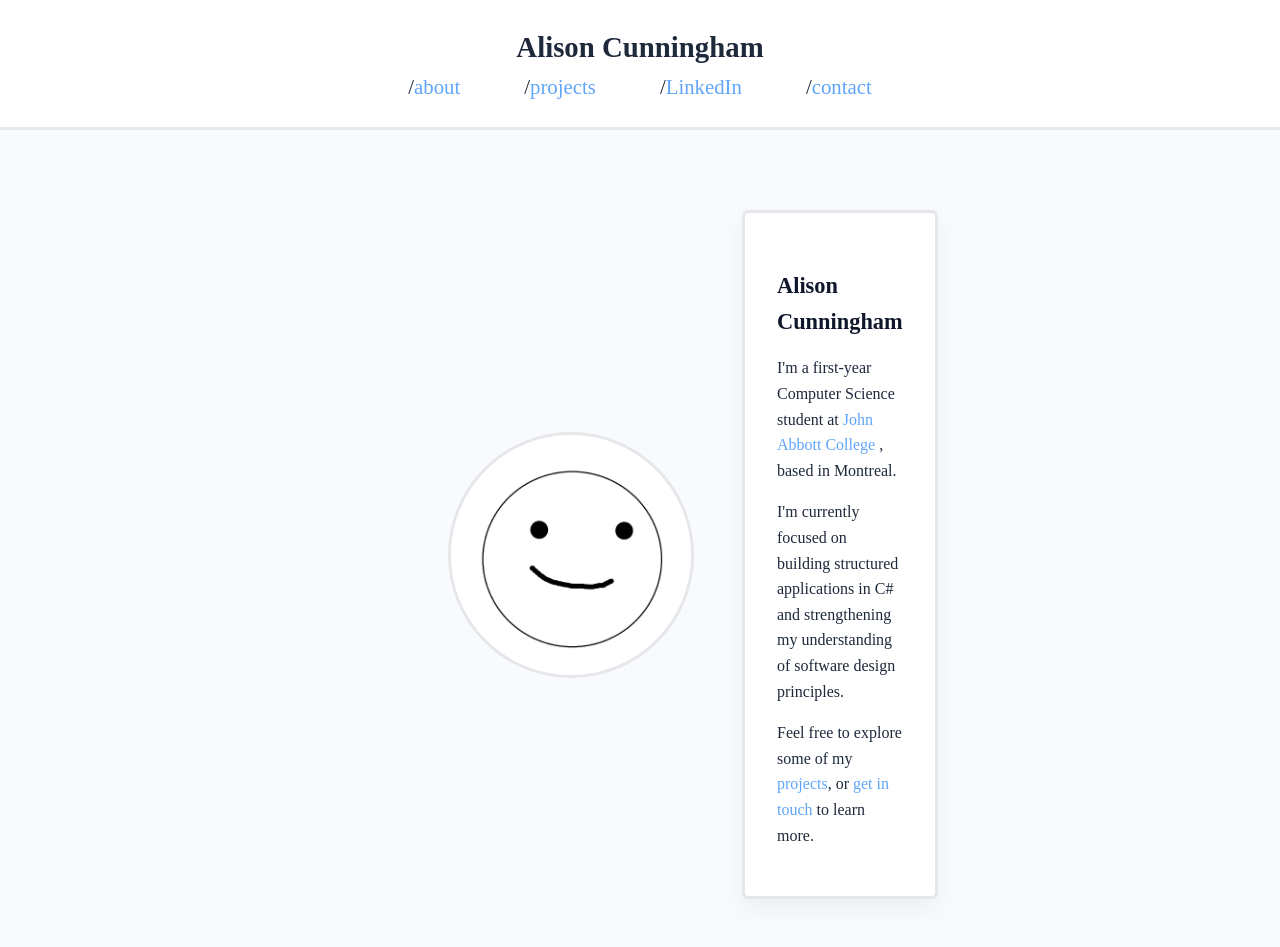
Repository: alison-cunningham/alison-cunningham
Page: index.html
These files come from the project's save history. The page is drawn as it stood at one moment and after the next save; the edit follows.
The browser window is 1280 px wide. The pictures show the whole page.
Some web fonts or font styles are not loaded; a fallback is used.

Above is the page before, as saved 2026-04-22 14:23:04.

### index.html
<!DOCTYPE html>
<html lang="en">
<head>
    <meta charset="UTF-8" />
    <title>Alison Cunningham - Home Page</title>
    <link rel="stylesheet" href="./styles/globals.css"/>
    <link rel="stylesheet" href="./styles/index.css" />
</head>

<body>
    <header>
        <h1>Alison Cunningham</h1>
        <div class="nav-bar">
            <a href="index.html">/<span class="hover-text">about</span></a>
            <a href="projects.html">/<span class="hover-text">projects</span></a>
            <a href="https://www.linkedin.com/in/alison-c-427578b5">/<span class="hover-text">LinkedIn</span></a>
            <a href="mailto:cunningham.alison.m@gmail.com">/<span class="hover-text">contact</span></a>
        </div>
    </header>

    <main>
        <img class="home-page-img" src="./assets/images/placeholder.jpg" alt="this is just a placeholder">

        <div class="about-me">
            <h3>Alison Cunningham</h3>
                <p>
        I'm a first-year Computer Science student at
        <a href="https://johnabbott.qc.ca/career-programs/computer-science-technology/" class="hover-text">
            John Abbott College
        </a>, based in Montreal.
    </p>

    <p>
        I'm currently focused on building structured applications in C# and strengthening my understanding of software design principles.
    </p>

    <p>
        Feel free to explore some of my <a href="projects.html" class="hover-text">projects</a>,
        or <a href="mailto:cunningham.alison.m@gmail.com" class="hover-text">get in touch</a> to learn more.
    </p>

        </div>


    </main>



</body>

</html>

### styles/globals.css
@font-face{
    font-family: 'Radio-Canada';
    src: url('../assets/fonts/Radio_Canada/RadioCanada-VariableFont_wdth\,wght.ttf')
}



body{
    font-family: 'Radio-Canada';

    background-color: #f8fafc;
    color: #1e293b;

    line-height: 1.6;
    font-size: 1rem;

    margin: 0;
}

a{
    text-decoration: none;
    color: inherit;
}

h3{
    font-size: 1.4rem;
    margin-bottom: 1rem;
    color: #0f172a;
}

### styles/index.css
header{
    width: 100%;
    padding: 1.5rem 0;

    background-color: #ffffff;
    border-bottom: .2rem solid #e5e7eb;

    display: flex;
    flex-direction: column;
    align-items: center;
    justify-content: center;

    font-size: 1.2rem;
}

header h1{
    font-size: 1.8rem;
    margin: 0;
}

.nav-bar{
    display: flex;
    gap: 4rem;

    font-size: 1.3rem;
}

.hover-text{
    color: #60a5fa;
    position: relative;
}

.hover-text:hover{
    color: #34d399;
}

.hover-text::after{
    content:"";
    position: absolute;
    left: 0;
    bottom: -2px;

    width: 0%;
    height: 2px;
    background: #34d399;
    transition: width 0.3s ease;

}

.hover-text:hover::after {
    width: 100%;
}

.home-page-img{
    width: 15rem;
    border: .2rem solid #e5e7eb;
    border-radius: 50%;

    transition: transform 0.3s ease;
}

.home-page-img:hover{
    transform: scale(1.03);
}

main{
    display: grid;
    grid-template-columns: auto 1fr;
    align-items: center;

    gap: 3rem;
    padding: 3rem 2rem;

    max-width: 90%;
    margin: 0 auto;
    margin-top: 2rem;

}

.about-me{

    padding: 2rem;
    background-color: #ffffff;

    border: .2rem solid #e5e7eb;
    border-radius: .4rem;

    box-shadow: 0 10px 25px rgba(0,0,0,0.05);
}

@media (min-width: 600px) {
  main {
    width: 50%;
  }
}

@media (min-width: 992px) {
  main {
    width: 30%;
  }
}

After the next save:
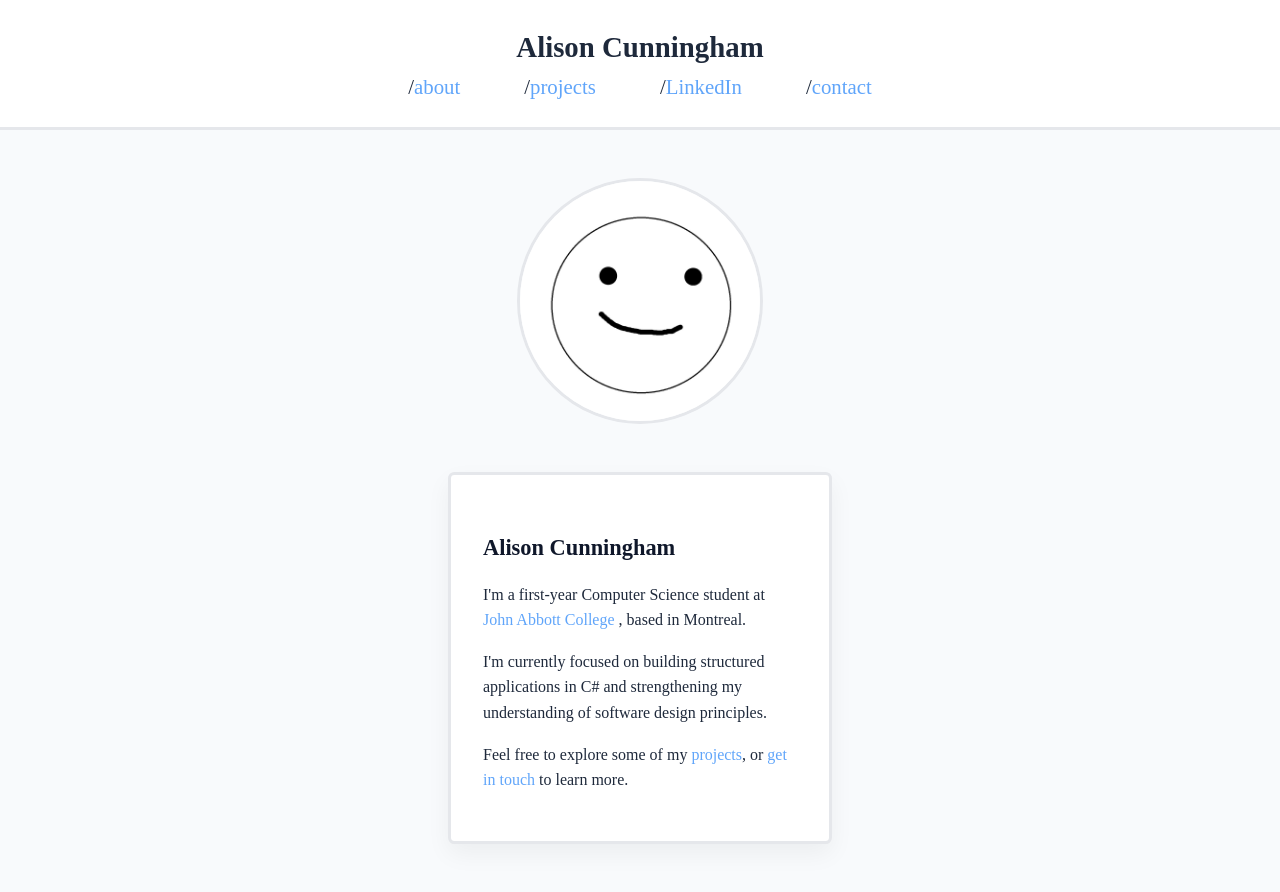
Saved 4 min 44 s later.
--- a/styles/index.css
+++ b/styles/index.css
@@ -64,17 +64,16 @@ header h1{
 }
 
 main{
-    display: grid;
-    grid-template-columns: auto 1fr;
+    display: flex;
+    flex-direction: column;
+
     align-items: center;
 
     gap: 3rem;
-    padding: 3rem 2rem;
+    padding: 3rem 1.5rem;
 
     max-width: 90%;
     margin: 0 auto;
-    margin-top: 2rem;
-
 }
 
 .about-me{
